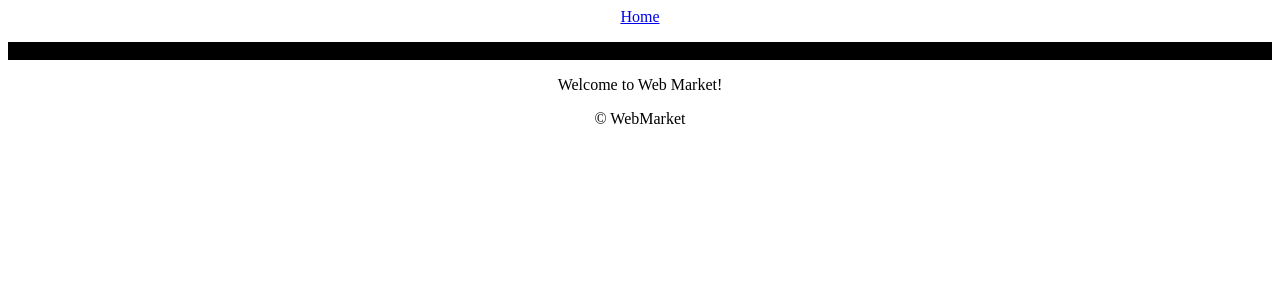
Repository: sunyeongan/Univ_lecture
Page: http://localhost/week7_jsp/ex5.jsp
An editor plug-in stored every save of this project. The page is shown before and after the next save, followed by the edit.
The browser window is 1280 px wide. The pictures show the whole page.
The page is served by Tomcat 9.

Above is the page before, as saved 2022-04-14 02:53:42.

### WebSever_2022/work/week7/week7_jsp/src/main/webapp/ex5.jsp
<%@ page language="java" contentType="text/html; charset=EUC-KR"
    pageEncoding="EUC-KR"%>
<!DOCTYPE html>
<html>
<head>
<meta charset="EUC-KR">
<title>Insert title here</title>
<style>
	body{
		text-align : center;
	}
	.menubar{
		width : 100%;
		height : 30%;
		background-color : black;
	}
	.main{
		width : 100%;
		height : 50%;
		background-color : grey;
		font-size : 10px;

	}
	.mid{
		font - size : 5px;
	}
</style>
</head>
<body>

<nav class="site">
	<a class ="bar" href="./환영.jsp">Home</a>
</nav>

<div class="menubar">
	<p>Welcome to Shopping Mall!</p>
</div>

<div class = "mid">
	<p>Welcome to Web Market!</p>
</div>

<div class = "main">
</div>
<footer class="">
<p>&copy; WebMarket</p>
</footer>
</body>
</html>

After the next save:
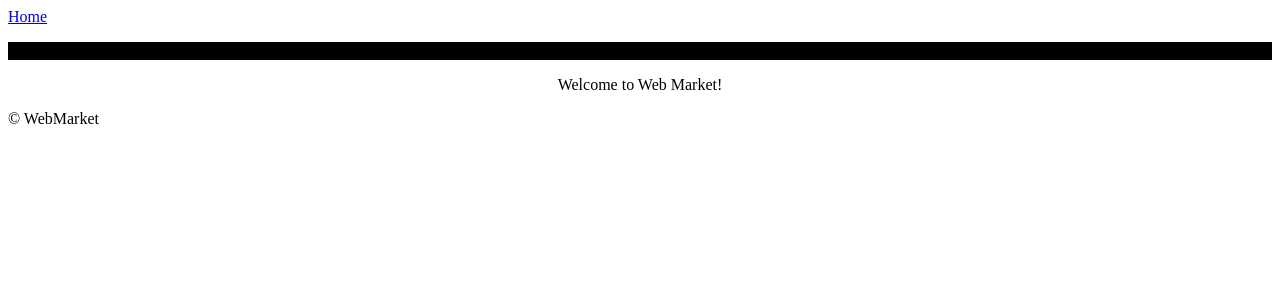
Saved 57 s later.
--- a/WebSever_2022/work/week7/week7_jsp/src/main/webapp/ex5.jsp
+++ b/WebSever_2022/work/week7/week7_jsp/src/main/webapp/ex5.jsp
@@ -6,7 +6,7 @@
 <meta charset="EUC-KR">
 <title>Insert title here</title>
 <style>
-	body{
+	div{
 		text-align : center;
 	}
 	.menubar{
